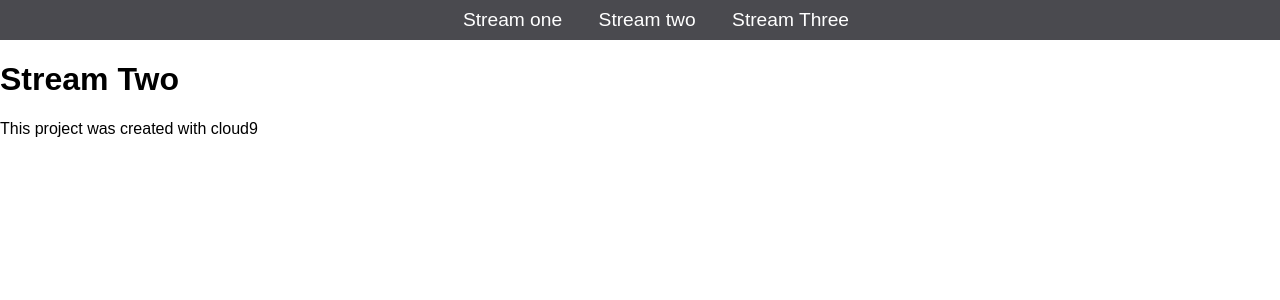
Repository: parkslee/my-first-website
Page: stream-two.html
The author's editor kept a record of every edit. The page is drawn from the files as they stood at one moment, then again after the next edit.
The browser window is 1280 px wide. The pictures show the whole page.

Above is the page before.

### stream-two.html
<!DOCTYPE html>
<html>
    <head>
        <title>Hello World</title>
        <link rel="stylesheet" href="css/style.css" type="text/css" />
    </head>
    <body>
        <nav>
            <ul>
                <li><a href="stream-one.html">Stream one</a></li>
                <li><a href="stream-two.html">Stream two</a></li>
                <li><a href="stream-three.html">Stream Three</a></li>
            </ul>
        </nav>
        <h1>Stream Two</h1>
        <p>This project was created with cloud9</p>
    </body>
</html>

### css/style.css
body {
    margin: 0;
    padding:0;
    font-family: Arial, sans-serif;

}

nav ul {
    list-style: none;
    background-color: #4a4a4f;
    text-align: center;
    margin: 0;
    padding: 0;
}

nav li {
    font-size: 1.2em;
    line-height: 40px;
    height: 40px;
    display: inline-block;
    margin-left: 2.5%
}

nav a {
    text-decoration: none;
    color: #ffffff;
    display: block;
}

nav a:hover{
    background-color: #ffffff;
    color: #4a4a4f;
}

After the next edit:
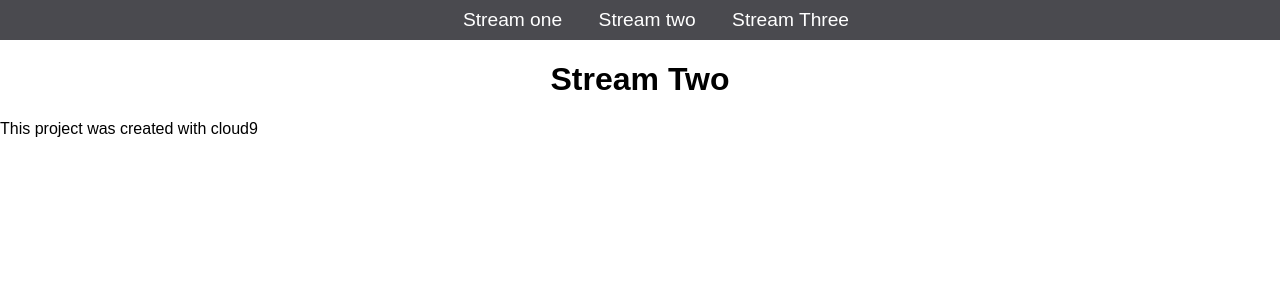
The edit:
--- a/css/style.css
+++ b/css/style.css
@@ -31,3 +31,23 @@ nav a:hover{
     background-color: #ffffff;
     color: #4a4a4f;
 }
+
+.card {
+    float: left;
+    width: 20%;
+    margin-left: 10%;
+
+}
+
+.card a {
+    text-align: center;
+}
+
+img {
+    width: 100%
+
+}
+
+h1{
+    text-align: center;
+}
